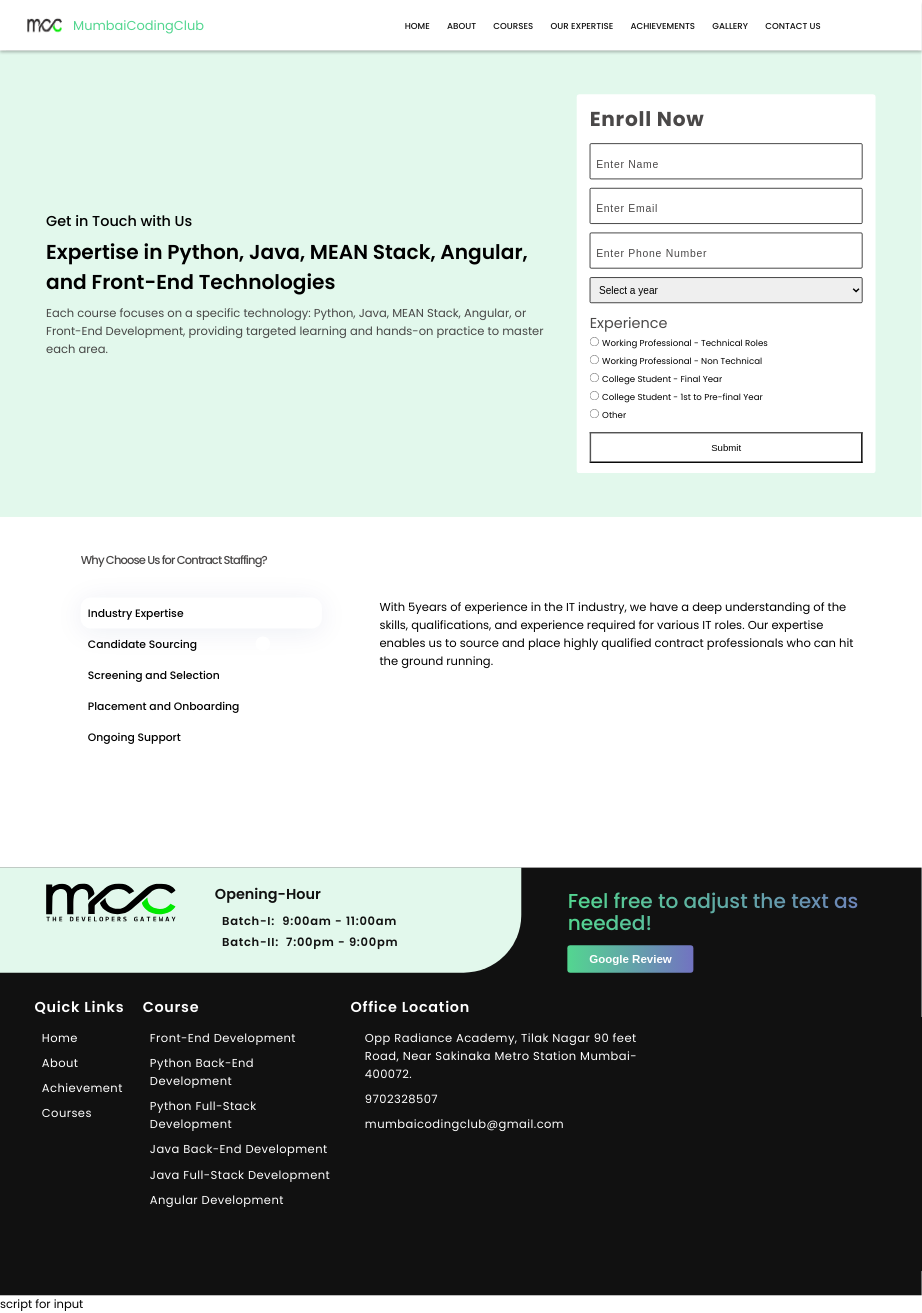
Repository: msmsa2001/mcc-theme
Page: contact.html
An editor plug-in stored every save of this project. The page is shown before and after the next save, followed by the edit.
The browser window is 1280 px wide. The pictures show the whole page, at 72% of full size.
Pictures or frames that could not be fetched are drawn as grey boxes.

Above is the page before, as saved 2024-07-26 02:35:08.
Console error: TypeError: Cannot read properties of null (reading 'querySelector')

After the next save:
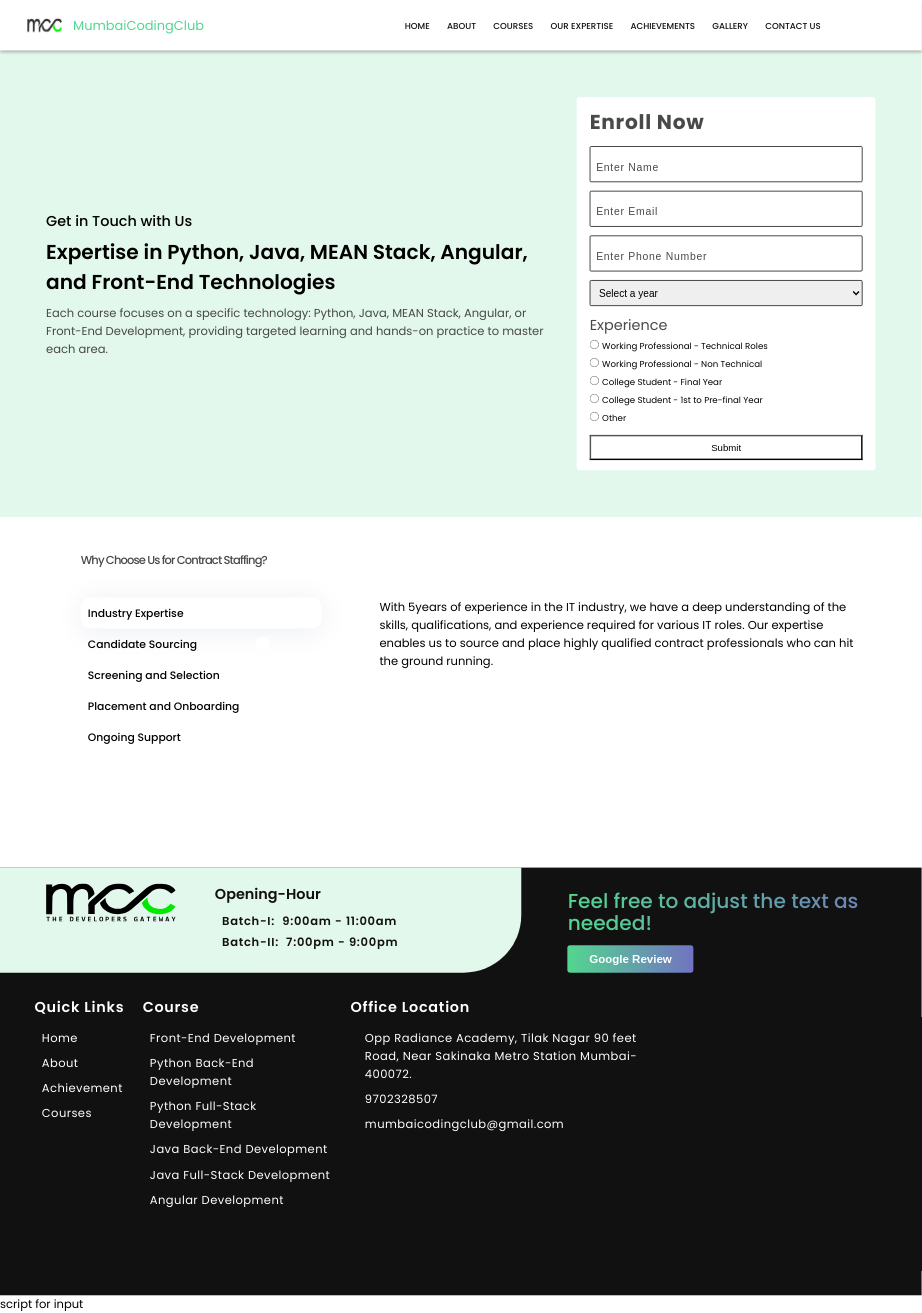
Saved 5 s later.
--- a/contact.css
+++ b/contact.css
@@ -83,7 +83,7 @@ body{
 .container1 .sec2 form button{
     width: auto;
     background: #fff;
-    padding: 12px;
+    padding: 8px;
 }
 
 .container8 {
